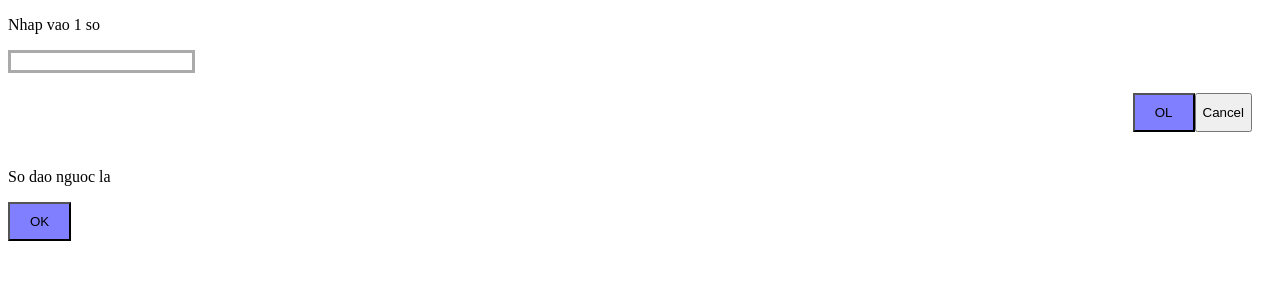
Repository: lhggiang/Sodaonguoc
Page: index.html
An editor plug-in stored every save of this project. The page is shown before and after the next save, followed by the edit.
The browser window is 1280 px wide. The pictures show the whole page.

Above is the page before, as saved 2023-05-19 06:53:41.

After the next save:
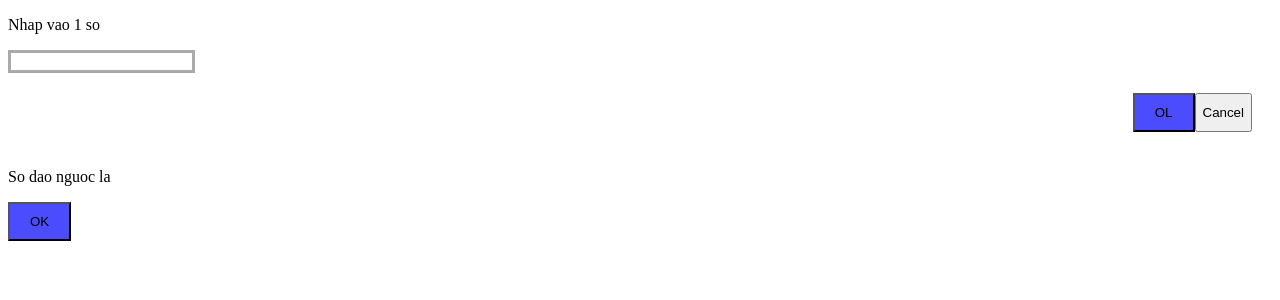
Saved 8 s later.
--- a/style.css
+++ b/style.css
@@ -9,6 +9,6 @@
 }
 
 .ok {
-  background: rgba(0, 0, 255, 0.5);
+  background: rgba(0, 0, 255, 0.7);
   padding: 10px 20px;
 }
